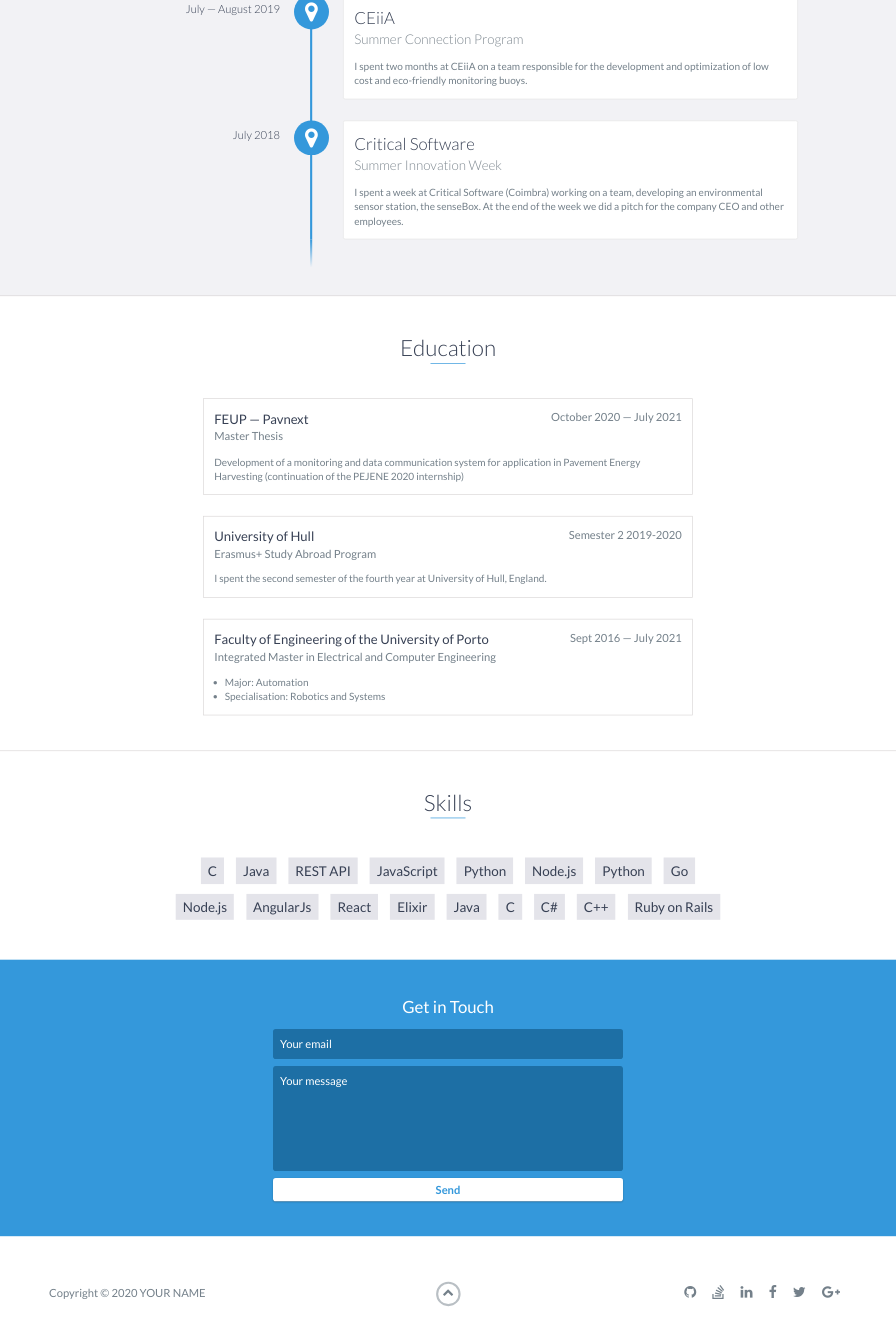
Repository: josegneto/josegneto.github.io
Page: index.html
An editor plug-in stored every save of this project. The page is shown before and after the next save, followed by the edit.
The browser window is 1280 px wide. The pictures show the part of the page from y = 1380 to 3300 px (the page is 3300 px tall), at 70% of full size.

Above is the page before, as saved 2021-11-30 11:39:44.

### index.html
<!DOCTYPE html>
<html class="no-js" lang="en">

<head>
    <meta charset="utf-8">
    <meta http-equiv="X-UA-Compatible" content="IE=edge">
    <meta name="viewport" content="width=device-width, initial-scale=1">
    <title>My Portfolio</title>
    <link rel="shortcut icon" href="favicon.ico" type="image/x-icon">
    <link rel="icon" href="favicon.ico" type="image/x-icon">
    <link href="https://fonts.googleapis.com/css?family=Lato:300,400,700,900" rel="stylesheet">
    <link rel="stylesheet" href="libs/font-awesome/css/font-awesome.min.css">
    <link href="css/bootstrap.min.css" rel="stylesheet">
    <link href="css/styles.css" rel="stylesheet">
</head>

<body>
    <div id="mobile-menu-open" class="shadow-large">
        <i class="fa fa-bars" aria-hidden="true"></i>
    </div>
    <!-- End #mobile-menu-toggle -->
    <header>
        <div id="mobile-menu-close">
            <span>Close</span> <i class="fa fa-times" aria-hidden="true"></i>
        </div>
        <ul id="menu" class="shadow">
            <li>
                <a href="#about">About</a>
            </li>
            <li>
                <a href="#experience">Experience</a>
            </li>
            <li>
                <a href="#education">Education</a>
            </li>
            <li>
                <a href="#projects">Projects</a>
            </li>
            <li>
                <a href="#skills">Skills</a>
            </li>
            <li>
                <a href="#contact">Contact</a>
            </li>
        </ul>
    </header>
    <!-- End header -->

    <div id="lead">
        <div id="lead-content">
            <h1>José Neto</h1>
            <h2>Electrical Engineer</h2>
            <a href="extra/CV_JoseNeto.pdf" class="btn-rounded-white" target="_blank">Download Resume</a>
        </div>
        <!-- End #lead-content -->

        <div id="lead-overlay"></div>

        <div id="lead-down">
            <span>
                <i class="fa fa-chevron-down" aria-hidden="true"></i>
            </span>
        </div>
        <!-- End #lead-down -->
    </div>
    <!-- End #lead -->

    <div id="about">
        <div class="container">
            <div class="row">
                <div class="col-md-4">
                    <h2 class="heading">About Me</h2>
                </div>
                <div class="col-md-8">
                    <h2>Areas of interest</h2>
                    <ul>
                        <li>Robotics</li>
                        <li>Embedded Systems</li>
                        <li>Internet of Things</li>
                        <li>Intelligent Transport Systems</li>
                    </ul>
                </div>
            </div>
        </div>
    </div>
    <!-- End #about -->

    <div id="experience" class="background-alt">
        <h2 class="heading">Experience</h2>
        <div id="experience-timeline">
            <div data-date="July &mdash; September 2020">
                <h3>Pavnext</h3>
                <h4>PEJENE 2020</h4>
                <p>
                    I was part of a team developing a smart-city structure capable of acquiring data from a
                    multi-slave->master system, which will be then presented on a Web interface. </p>
            </div>

            <div data-date="July &mdash; August 2019">
                <h3>CEiiA</h3>
                <h4>Summer Connection Program</h4>
                <p>
                    I spent two months at CEiiA on a team responsible for the development and optimization of low cost
                    and eco-friendly monitoring buoys. </p>
            </div>

            <div data-date="July 2018">
                <h3>Critical Software</h3>
                <h4>Summer Innovation Week</h4>
                <p>
                    I spent a week at Critical Software (Coimbra) working on a team, developing an environmental sensor
                    station, the senseBox. At the end of the week we did a pitch for the company CEO and other
                    employees. </p>
            </div>
        </div>
    </div>
    <!-- End #experience -->

    <div id="education">
        <h2 class="heading">Education</h2>
        <div class="education-block">
            <h3>FEUP &mdash; Pavnext</h3>
            <span class="education-date">October 2020 &mdash; July 2021</span>
            <h4>Master Thesis</h4>
            <p>
                Development of a monitoring and data communication system for application in Pavement Energy Harvesting
                (continuation of the PEJENE 2020 internship)
            </p>
        </div>
        <div class="education-block">
            <h3>University of Hull</h3>
            <span class="education-date">Semester 2 2019-2020</span>
            <h4>Erasmus+ Study Abroad Program</h4>
            <p>
                I spent the second semester of the fourth year at University of Hull,
                England.
            </p>
        </div>
        <div class="education-block">
            <h3>Faculty of Engineering of the University of Porto</h3>
            <span class="education-date">Sept 2016 &mdash; July 2021</span>
            <h4>Integrated Master in Electrical and Computer Engineering</h4>
            <ul>
                <li>
                    Major: Automation
                </li>
                <li>
                    Specialisation: Robotics and Systems
                </li>
            </ul>
        </div>
        <!-- End .education-block -->
    </div>
    <!-- End #education -->

<!--     <div id="projects" class="background-alt">
        <h2 class="heading">Projects</h2>
        <div class="container">
            <div class="row">
                <div class="project shadow-large">
                    <div class="project-image">
                        <img src="images/project.jpg" />
                    </div>
                     End .project-image
                    <div class="project-info">
                        <h3>Project Name Here</h3>
                        <p>
                            Lorem ipsum dolor sit amet, consectetur adipiscing elit. Curabitur in iaculis ex. Etiam
                            volutpat laoreet urna. Morbi ut tortor nec nulla commodo malesuada sit amet vel lacus. Fusce
                            eget efficitur libero. Morbi dapibus porta quam laoreet placerat.
                        </p>
                        <a href="#">View Project</a>
                    </div>
                     End .project-info
                </div>
                 End .project

                <div class="project shadow-large">
                    <div class="project-image">
                        <img src="images/project.jpg" />
                    </div>
                     End .project-image
                    <div class="project-info">
                        <h3>Project Name Here</h3>
                        <p>
                            Lorem ipsum dolor sit amet, consectetur adipiscing elit. Curabitur in iaculis ex. Etiam
                            volutpat laoreet urna. Morbi ut tortor nec nulla commodo malesuada sit amet vel lacus. Fusce
                            eget efficitur libero. Morbi dapibus porta quam laoreet placerat.
                        </p>
                        <a href="#">View Project</a>
                    </div>
                    End .project-info
                </div>
                 End .project
            </div>
        </div>
    </div> -->
    <!-- End #projects -->

    <div id="skills">
        <h2 class="heading">Skills</h2>
        <ul>
            <li>C</li>
            <li>Java</li>
            <li>REST API</li>

            <li>JavaScript</li>
            <li>Python</li>
            <li>Node.js</li>

            <li>Python</li>
            <li>Go</li>
            <li>Node.js</li>
            <li>AngularJs</li>
            <li>React</li>
            <li>Elixir</li>
            <li>Java</li>
            <li>C</li>
            <li>C#</li>
            <li>C++</li>
            <li>Ruby on Rails</li>
        </ul>
    </div>
    <!-- End #skills -->

    <div id="contact">
        <h2>Get in Touch</h2>
        <div id="contact-form">
            <form method="POST" action="https://formspree.io/email@email.com">
                <input type="hidden" name="_subject" value="Contact request from personal website" />
                <input type="email" name="_replyto" placeholder="Your email" required>
                <textarea name="message" placeholder="Your message" required></textarea>
                <button type="submit">Send</button>
            </form>
        </div>
        <!-- End #contact-form -->
    </div>
    <!-- End #contact -->

    <footer>
        <div class="container">
            <div class="row">
                <div class="col-sm-5 copyright">
                    <p>
                        Copyright &copy; 2020 YOUR NAME
                    </p>
                </div>
                <div class="col-sm-2 top">
                    <span id="to-top">
                        <i class="fa fa-chevron-up" aria-hidden="true"></i>
                    </span>
                </div>
                <div class="col-sm-5 social">
                    <ul>
                        <li>
                            <a href="https://github.com/" target="_blank"><i class="fa fa-github"
                                    aria-hidden="true"></i></a>
                        </li>
                        <li>
                            <a href="https://stackoverflow.com/" target="_blank"><i class="fa fa-stack-overflow"
                                    aria-hidden="true"></i></a>
                        </li>
                        <li>
                            <a href="https://linkedin.com/" target="_blank"><i class="fa fa-linkedin"
                                    aria-hidden="true"></i></a>
                        </li>
                        <li>
                            <a href="https://www.facebook.com/" target="_blank"><i class="fa fa-facebook"
                                    aria-hidden="true"></i></a>
                        </li>
                        <li>
                            <a href="https://twitter.com/" target="_blank"><i class="fa fa-twitter"
                                    aria-hidden="true"></i></a>
                        </li>
                        <li>
                            <a href="https://plus.google.com/" target="_blank"><i class="fa fa-google-plus"
                                    aria-hidden="true"></i></a>
                        </li>
                    </ul>
                </div>
            </div>
        </div>
    </footer>
    <!-- End footer -->

    <script src="https://ajax.googleapis.com/ajax/libs/jquery/1.12.4/jquery.min.js"></script>
    <script src="js/scripts.min.js"></script>
</body>

</html>

### css/styles.css
/*!
Title: Dev Portfolio Template
Version: 1.2.2
Last Change: 03/25/2020
Author: Ryan Fitzgerald
Repo: https://github.com/RyanFitzgerald/devportfolio-template
Issues: https://github.com/RyanFitzgerald/devportfolio-template/issues

Description: This file contains all the styles associated with the page
that don't come from third party libraries. This file gets compiled using
Gulp and send to the /css folder which is then loaded on the page.
*/
body {
	font-family: 'Lato', sans-serif;
	font-size: 16px
}

body.active {
	overflow: hidden;
	z-index: -1
}

.no-js #experience-timeline>div {
	background: #fff;
	padding: 10px;
	margin-bottom: 10px;
	border: 1px solid #dcd9d9
}

.no-js #experience-timeline>div h3 {
	font-size: 1.5em;
	font-weight: 300;
	color: #374054;
	display: inline-block;
	margin: 0
}

.no-js #experience-timeline>div h4 {
	font-size: 1.2em;
	font-weight: 300;
	color: #7e8890;
	margin: 0 0 15px 0
}

.no-js #experience-timeline>div p {
	color: #74808a;
	font-size: 0.9em;
	margin: 0
}

.no-js #experience-timeline:before,
.no-js #experience-timeline:after {
	content: none
}

@keyframes dropHeader {
	0% {
		transform: translateY(-100%)
	}
	100% {
		transform: translateY(0)
	}
}

header {
	position: absolute;
	top: 0;
	left: 0;
	right: 0;
	text-align: center;
	z-index: 10;
	animation-name: dropHeader;
	animation-iteration-count: 1;
	animation-timing-function: ease;
	animation-duration: 0.75s
}

header ul {
	display: inline-block;
	background: #fff;
	text-align: center;
	padding: 10px;
	margin: 0;
	border-bottom-right-radius: 4px;
	border-bottom-left-radius: 4px
}

header li {
	display: inline-block
}

header a {
	display: block;
	color: #3498db;
	padding: 10px
}

header a:hover {
	color: #217dbb;
	text-decoration: none;
	background: #eee;
	border-radius: 4px
}

header a:focus {
	color: #3498db;
	text-decoration: none
}

header.active {
	display: block
}

header.sticky {
	position: fixed;
	z-index: 999
}

#menu.active {
	display: block
}

#mobile-menu-open {
	display: none;
	cursor: pointer;
	position: fixed;
	right: 15px;
	top: 10px;
	color: #3498db;
	font-size: 1.5em;
	z-index: 20;
	padding: 0 7px;
	border-radius: 4px;
	background: #fff
}

#mobile-menu-close {
	display: none;
	text-align: right;
	width: 100%;
	background: #fff;
	font-size: 1.5em;
	padding-right: 15px;
	padding-top: 10px;
	cursor: pointer;
	color: #3498db
}

#mobile-menu-close span {
	font-size: 0.5em;
	text-transform: uppercase
}

#mobile-menu-close i {
	vertical-align: middle
}

footer {
	padding: 50px 0
}

.copyright {
	padding-top: 20px
}

.copyright p {
	margin: 0;
	color: #74808a
}

.top {
	text-align: center
}

.top span {
	cursor: pointer;
	display: block;
	margin: 15px auto 0 auto;
	width: 35px;
	height: 35px;
	border-radius: 50%;
	border: 3px solid #b9bfc4;
	text-align: center
}

.top i {
	color: #74808a
}

.social {
	text-align: right
}

.social ul {
	margin: 5px 0 0 0;
	padding: 0
}

.social li {
	display: inline-block;
	font-size: 1.25em;
	list-style: none
}

.social a {
	display: block;
	color: #74808a;
	padding: 10px
}

.social a:hover {
	color: #3498db
}

.btn-rounded-white {
	display: inline-block;
	color: #fff;
	padding: 15px 25px;
	border: 3px solid #fff;
	border-radius: 30px;
	transition: .5s ease all
}

.btn-rounded-white:hover {
	color: #3498db;
	background: #fff;
	text-decoration: none
}

.shadow {
	box-shadow: 0 1px 3px rgba(0, 0, 0, 0.12), 0 1px 2px rgba(0, 0, 0, 0.24)
}

.shadow-large {
	box-shadow: 0 3px 6px rgba(0, 0, 0, 0.08), 0 3px 6px rgba(0, 0, 0, 0.15)
}

.heading {
	position: relative;
	display: inline-block;
	font-size: 2em;
	font-weight: 300;
	margin: 0 0 30px 0
}

.heading:after {
	position: absolute;
	content: '';
	top: 100%;
	height: 1px;
	width: 50px;
	left: 0;
	right: 0;
	margin: 0 auto;
	background: #3498db
}

.background-alt {
	background: #f2f2f5
}

#lead {
	position: relative;
	height: 100vh;
	min-height: 500px;
	max-height: 1080px;
	background: url(../images/lead-bg.jpg);
	background-size: cover;
	padding: 15px;
	overflow: hidden
}

#lead-content {
	position: absolute;
	z-index: 10;
	top: 50%;
	left: 50%;
	transform: translate(-50%, -50%);
	text-align: center
}

#lead-content h1,
#lead-content h2 {
	margin: 0
}

#lead-content h1 {
	color: #fff;
	font-weight: 900;
	font-size: 5em;
	text-transform: uppercase;
	letter-spacing: 0.05em;
	line-height: 0.9em
}

#lead-content h2 {
	color: #a0cfee;
	font-weight: 500;
	font-size: 2.25em;
	margin-bottom: 15px
}

#lead-overlay {
	position: absolute;
	height: 100%;
	width: 100%;
	top: 0;
	right: 0;
	bottom: 0;
	left: 0;
	background: rgba(33, 125, 187, 0.8);
	z-index: 1
}

#lead-down {
	position: absolute;
	left: 0;
	right: 0;
	width: 100%;
	text-align: center;
	z-index: 10;
	bottom: 15px;
	color: #fff
}

#lead-down span {
	cursor: pointer;
	display: block;
	margin: 0 auto;
	width: 35px;
	height: 35px;
	border-radius: 50%;
	border: 3px solid #a0cfee;
	text-align: center
}

#lead-down i {
	animation: pulsate 1.5s ease;
	animation-iteration-count: infinite;
	padding-top: 5px
}

@keyframes pulsate {
	0% {
		transform: scale(1, 1)
	}
	50% {
		transform: scale(1.2, 1.2)
	}
	100% {
		transform: scale(1, 1)
	}
}

#about {
	padding: 75px 15px;
	border-bottom: 1px solid #dcd9d9
}

#about h2 {
	color: #374054
}

#about p, #about ul, #about li {
	color: #74808a;
	margin: 0
}

#experience {
	padding: 50px 15px;
	text-align: center;
	border-bottom: 1px solid #dcd9d9
}

#experience h2 {
	color: #374054
}

#experience-timeline {
	margin: 30px auto 0 auto;
	position: relative;
	max-width: 1000px
}

#experience-timeline:before {
	position: absolute;
	content: '';
	top: 0;
	bottom: 0;
	left: 303px;
	right: auto;
	height: 100%;
	width: 3px;
	background: #3498db;
	z-index: 0
}

#experience-timeline:after {
	position: absolute;
	content: '';
	width: 3px;
	height: 40px;
	background: #3498db;
	background: linear-gradient(to bottom, #3498db, rgba(52, 152, 219, 0));
	top: 100%;
	left: 303px
}

.vtimeline-content {
	margin-left: 350px;
	background: #fff;
	border: 1px solid #e6e6e6;
	padding: 15px;
	border-radius: 3px;
	text-align: left
}

.vtimeline-content h3 {
	font-size: 1.5em;
	font-weight: 300;
	color: #374054;
	display: inline-block;
	margin: 0
}

.vtimeline-content h4 {
	font-size: 1.2em;
	font-weight: 300;
	color: #7e8890;
	margin: 0 0 15px 0
}

.vtimeline-content p {
	color: #74808a;
	font-size: 0.9em;
	margin: 0
}

.vtimeline-point {
	position: relative;
	display: block;
	vertical-align: top;
	margin-bottom: 30px
}

.vtimeline-icon {
	position: relative;
	color: #fff;
	width: 50px;
	height: 50px;
	background: #3498db;
	border-radius: 50%;
	float: left;
	z-index: 99;
	margin-left: 280px
}

.vtimeline-icon i {
	display: block;
	font-size: 2em;
	margin-top: 10px
}

.vtimeline-date {
	width: 260px;
	text-align: right;
	position: absolute;
	left: 0;
	top: 10px;
	font-weight: 300;
	color: #374054
}

#education {
	padding: 50px 15px 20px 15px;
	border-bottom: 1px solid #dcd9d9;
	text-align: center
}

#education h2 {
	color: #374054;
	margin-bottom: 50px
}

.education-block {
	max-width: 700px;
	margin: 0 auto 30px auto;
	padding: 15px;
	border: 1px solid #dcd9d9;
	text-align: left
}

.education-block h3 {
	font-weight: 500;
	float: left;
	margin: 0;
	color: #374054
}

.education-block span {
	color: #74808a;
	float: right
}

.education-block h4 {
	color: #74808a;
	clear: both;
	font-weight: 500;
	margin: 0 0 15px 0
}

.education-block p,
.education-block ul {
	margin: 0;
	color: #74808a;
	font-size: 0.9em
}

.education-block ul {
	padding: 0 0 0 15px
}

#projects {
	padding: 50px 15px;
	border-bottom: 1px solid #dcd9d9;
	text-align: center
}

#projects h2 {
	color: #374054;
	margin-bottom: 50px
}

.project {
	position: relative;
	max-width: 900px;
	margin: 0 auto 30px auto;
	overflow: hidden;
	background: #fff;
	border-radius: 4px
}

.project-image {
	float: left
}

.project-info {
	position: absolute;
	top: 50%;
	transform: translateY(-50%);
	margin-left: 300px;
	padding: 15px
}

.project-info h3 {
	font-size: 1.5em;
	font-weight: 300;
	color: #374054;
	margin: 0 0 15px 0
}

.project-info p {
	color: #74808a;
	margin: 0 0 15px 0;
	font-size: 0.9em
}

.no-image .project-info {
	position: relative;
	margin: 0;
	padding: 30px 15px;
	transform: none
}

#more-projects {
	display: none
}

#skills {
	padding: 50px 15px;
	text-align: center
}

#skills h2 {
	color: #374054;
	margin-bottom: 50px
}

#skills ul {
	display: block;
	margin: 0 auto;
	padding: 0;
	max-width: 800px
}

#skills li {
	display: inline-block;
	margin: 7px;
	padding: 5px 10px;
	color: #374054;
	background: #e4e4ea;
	list-style: none;
	cursor: default;
	font-size: 1.2em
}

#contact {
	padding: 50px 15px;
	background: #3498db;
	text-align: center
}

#contact h2 {
	margin: 0 0 15px 0;
	color: #fff;
	font-weight: 500
}

#contact-form {
	max-width: 500px;
	margin: 0 auto
}

#contact-form input,
#contact-form textarea {
	display: block;
	width: 100%;
	padding: 10px;
	border-radius: 4px;
	border: none;
	margin-bottom: 10px;
	background: #1d6fa5;
	color: #fff;
	transition: .5s ease all
}

#contact-form input::-webkit-input-placeholder,
#contact-form textarea::-webkit-input-placeholder {
	color: #fff
}

#contact-form input:-moz-placeholder,
#contact-form textarea:-moz-placeholder {
	color: #fff;
	opacity: 1
}

#contact-form input::-moz-placeholder,
#contact-form textarea::-moz-placeholder {
	color: #fff;
	opacity: 1
}

#contact-form input:-ms-input-placeholder,
#contact-form textarea:-ms-input-placeholder {
	color: #fff
}

#contact-form input:focus,
#contact-form textarea:focus {
	outline: none;
	background: #16527a
}

#contact-form textarea {
	height: 150px;
	resize: none
}

#contact-form button {
	display: block;
	width: 100%;
	background: #fff;
	border-radius: 4px;
	padding: 5px 10px;
	border: none;
	color: #3498db;
	font-weight: 700;
	box-shadow: 0 1px 3px rgba(0, 0, 0, 0.12), 0 1px 2px rgba(0, 0, 0, 0.24);
	transition: .5s ease all
}

#contact-form button:hover {
	box-shadow: 0 10px 20px rgba(0, 0, 0, 0.19), 0 6px 6px rgba(0, 0, 0, 0.23)
}

.optional-section {
	padding: 50px 15px;
	text-align: center;
	border-top: 1px solid #dcd9d9
}

.optional-section h2 {
	color: #374054
}

.optional-section-block {
	max-width: 700px;
	margin: 0 auto 30px auto;
	padding: 15px;
	border: 1px solid #dcd9d9;
	background: #fff;
	text-align: left
}

.optional-section-block h3 {
	font-weight: 500;
	margin: 0 0 15px 0;
	color: #374054
}

.optional-section-block h4 {
	color: #74808a;
	clear: both;
	font-weight: 500;
	margin: 0 0 15px 0
}

.optional-section-block p,
.optional-section-block ul {
	margin: 0 0 15px 0;
	color: #74808a;
	font-size: 0.9em
}

.optional-section-block ul {
	padding: 0 0 0 15px
}

@media only screen and (max-width: 750px) {
	#experience-timeline:before,
	#experience-timeline:after {
		left: 23px
	}
	.vtimeline-date {
		width: auto;
		text-align: left;
		position: relative;
		margin-bottom: 15px;
		display: block;
		margin-left: 70px
	}
	.vtimeline-icon {
		margin-left: 0
	}
	.vtimeline-content {
		margin-left: 70px
	}
}

@media only screen and (max-width: 992px) {
	#lead {
		height: auto;
		min-height: auto;
		max-height: auto;
		padding: 100px 15px
	}
	#lead-content {
		position: relative;
		transform: none;
		left: auto;
		top: auto
	}
	#lead-content h1 {
		font-size: 3em
	}
	#lead-content h2 {
		font-size: 1.75em
	}
	#about {
		text-align: center
	}
	#about p {
		text-align: left
	}
}

@media only screen and (max-width: 768px) {
	header {
		position: fixed;
		display: none;
		z-index: 999;
		animation: none;
		bottom: 0;
		height: 100%
	}
	#mobile-menu-open,
	#mobile-menu-close {
		display: block
	}
	#menu {
		height: 100%;
		overflow-y: auto;
		box-shadow: none;
		border-radius: 0;
		width: 100%
	}
	#menu li {
		display: block;
		margin-bottom: 10px
	}
	#lead-content h1 {
		font-size: 2em
	}
	#lead-content h2 {
		font-size: 1.3em
	}
	#lead-content a {
		padding: 10px 20px
	}
	#lead-down {
		display: none
	}
	.education-block h3,
	.education-block span {
		float: none
	}
	.project-image {
		display: none
	}
	.project-info {
		position: relative;
		margin: 0;
		padding: 30px 15px;
		top: auto;
		transform: none
	}
	footer {
		text-align: center
	}
	.social {
		text-align: center
	}
}

@media only screen and (max-width: 480px) {
	#lead-content h1 {
		font-size: 1.5em
	}
	#lead-content h2 {
		font-size: 1em
	}
	#lead-content a {
		font-size: 0.9em;
		padding: 5px 10px
	}
}

Loaded but not shown: libs/font-awesome/css/font-awesome.min.css (library); css/bootstrap.min.css (library); js/scripts.min.js (common file)

After the next save:
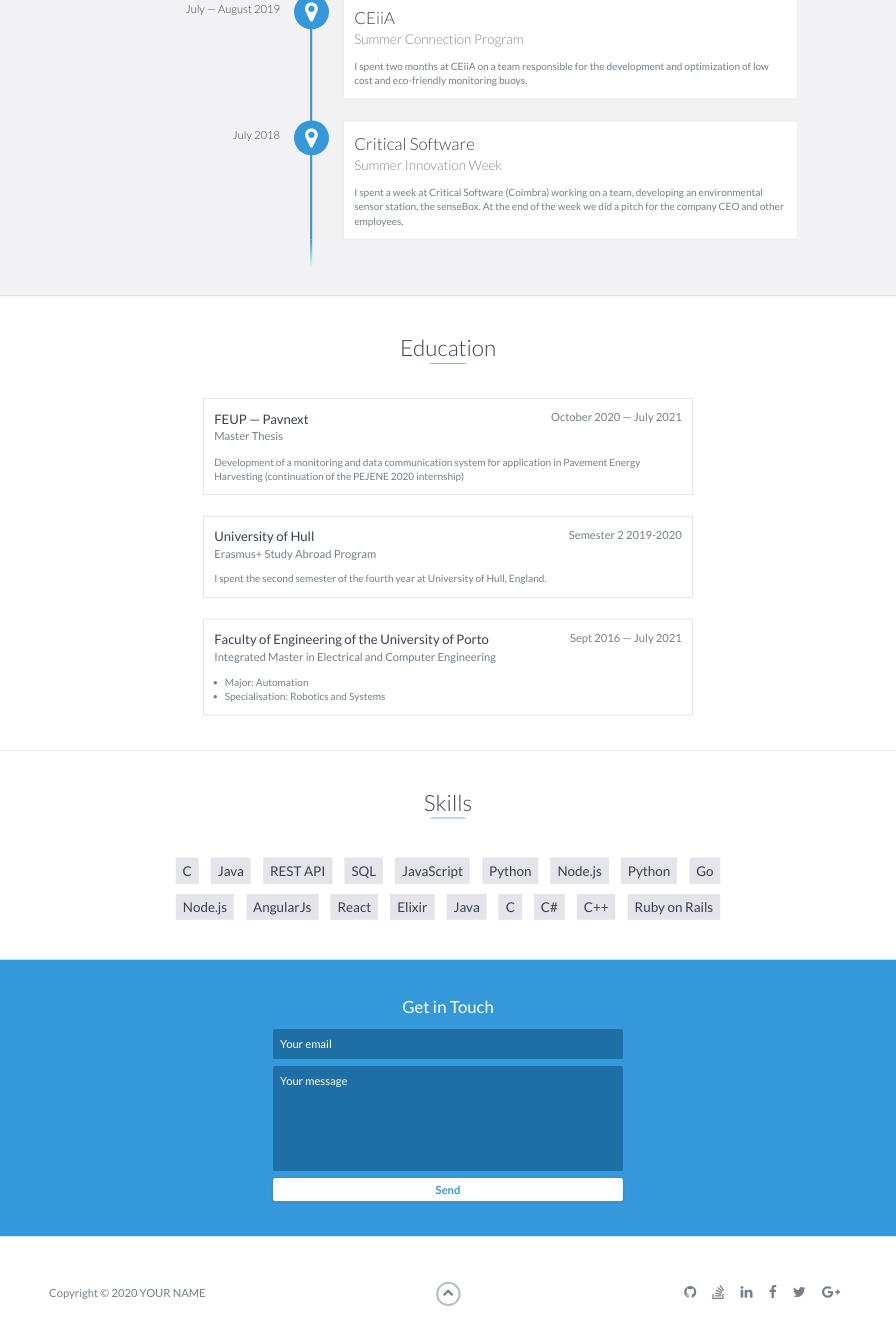
Saved 8 s later.
--- a/index.html
+++ b/index.html
@@ -203,6 +203,7 @@
             <li>C</li>
             <li>Java</li>
             <li>REST API</li>
+            <li>SQL</li>
 
             <li>JavaScript</li>
             <li>Python</li>
